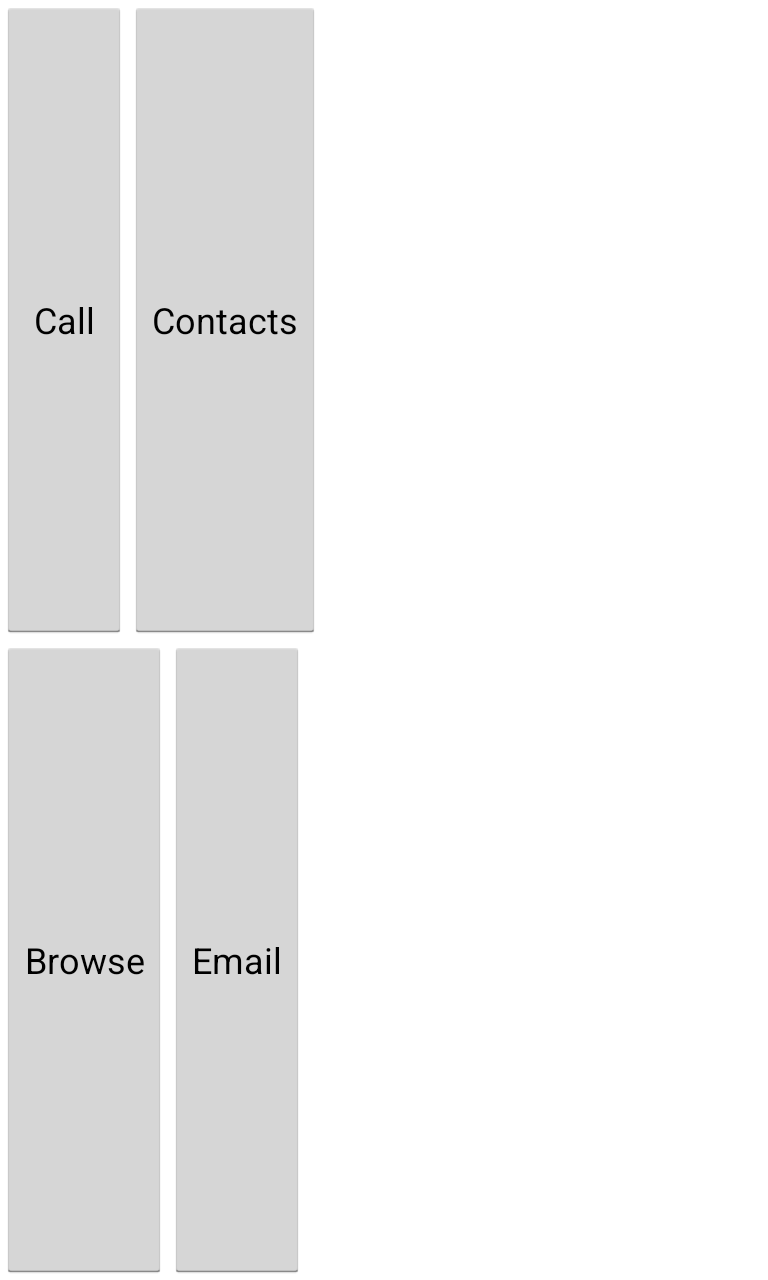
Repository: AnithaGorli/Android
Layout: ImplicitIntentApplication/res/layout/implicitintent.xml
An editor plug-in stored every save of this project. The layout is shown before and after the next save, followed by the edit.
It is drawn on a 768 x 1280 px phone screen (xhdpi) without system bars, with theme AppTheme; the app's code is not run.

Above is the layout before, as saved 2014-09-10 10:09:05.

### ImplicitIntentApplication/res/layout/implicitintent.xml
<?xml version="1.0" encoding="utf-8"?>
<LinearLayout xmlns:android="http://schemas.android.com/apk/res/android"
    android:layout_width="match_parent"
    android:layout_height="match_parent"
    android:orientation="vertical"
    android:weightSum="2">


    <LinearLayout
        android:id="@+id/l1"
         android:layout_width="match_parent"
    android:layout_height="wrap_content"
    android:orientation="horizontal"
    android:layout_weight="1"
     >
    <Button
         android:id="@+id/call_btn"
          android:layout_width="wrap_content"
        android:layout_height="match_parent"
        android:text="@string/call"/>



    <Button
         android:id="@+id/contacts_btn"
          android:layout_width="wrap_content"
        android:layout_height="match_parent"
        android:text="@string/contacts"/>


     </LinearLayout>


    <LinearLayout
        android:id="@+id/l2"
         android:layout_width="match_parent"
    android:layout_height="wrap_content"
    android:orientation="horizontal"
    android:layout_weight="1" >

    <Button
         android:id="@+id/browse_btn"
         android:layout_width="wrap_content"
        android:layout_height="match_parent"
        android:text="@string/browse"/>
    <Button
         android:id="@+id/email_btn"
         android:layout_width="wrap_content"
        android:layout_height="match_parent"
        android:text="@string/email"/>

    </LinearLayout>
</LinearLayout>

### ImplicitIntentApplication/res/values/strings.xml
<resources>

    <string name="app_name">ImplicitIntentApplication</string>
     <string name="call">Call</string>
       <string name="email">Email</string>
    <string name="contacts">Contacts</string>
    <string name="browse">Browse</string>
<string name="choose">there is no contacts</string>
</resources>

Loaded but not shown: ImplicitIntentApplication/res/values/styles.xml (common file); ImplicitIntentApplication/res/values-v11/styles.xml (common file); ImplicitIntentApplication/res/values-v14/styles.xml (common file)

After the next save:
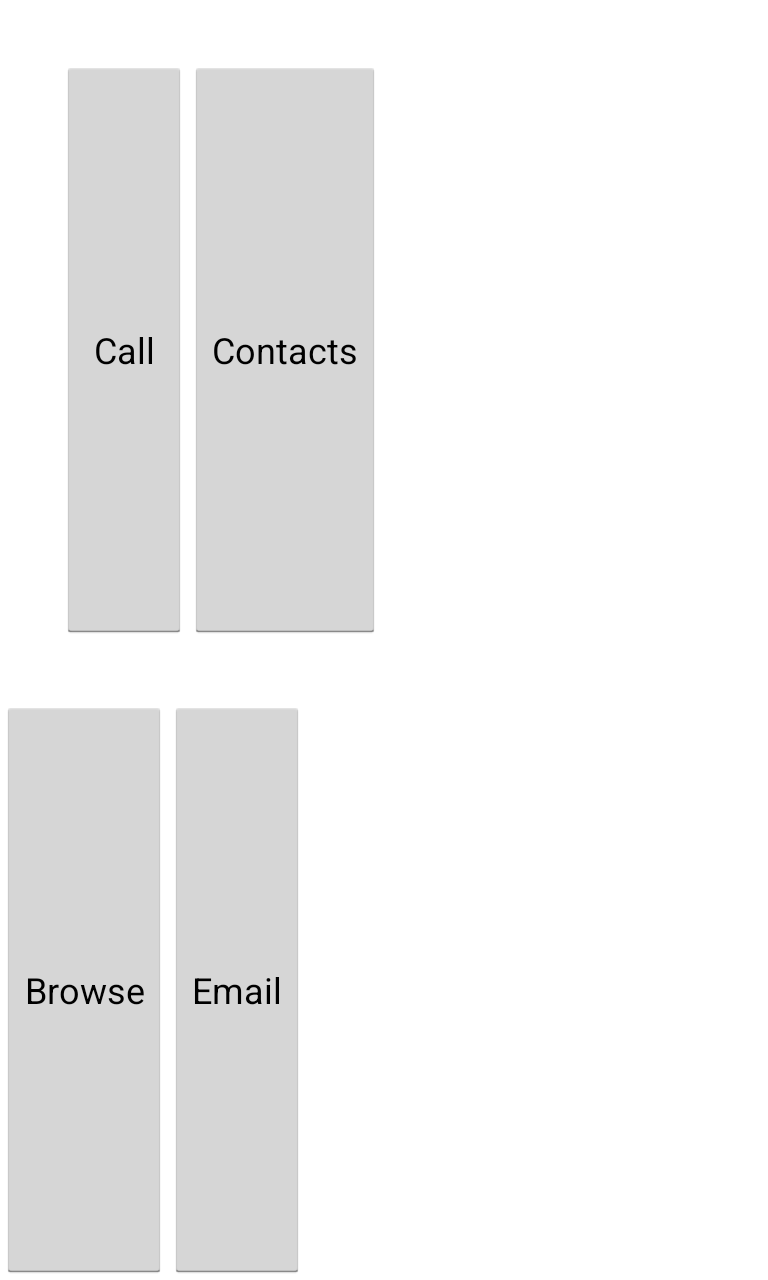
Saved 26 s later.
--- a/ImplicitIntentApplication/res/layout/implicitintent.xml
+++ b/ImplicitIntentApplication/res/layout/implicitintent.xml
@@ -12,6 +12,7 @@
     android:layout_height="wrap_content"
     android:orientation="horizontal"
     android:layout_weight="1"
+    android:layout_margin="30dp"
      >
     <Button
          android:id="@+id/call_btn"
